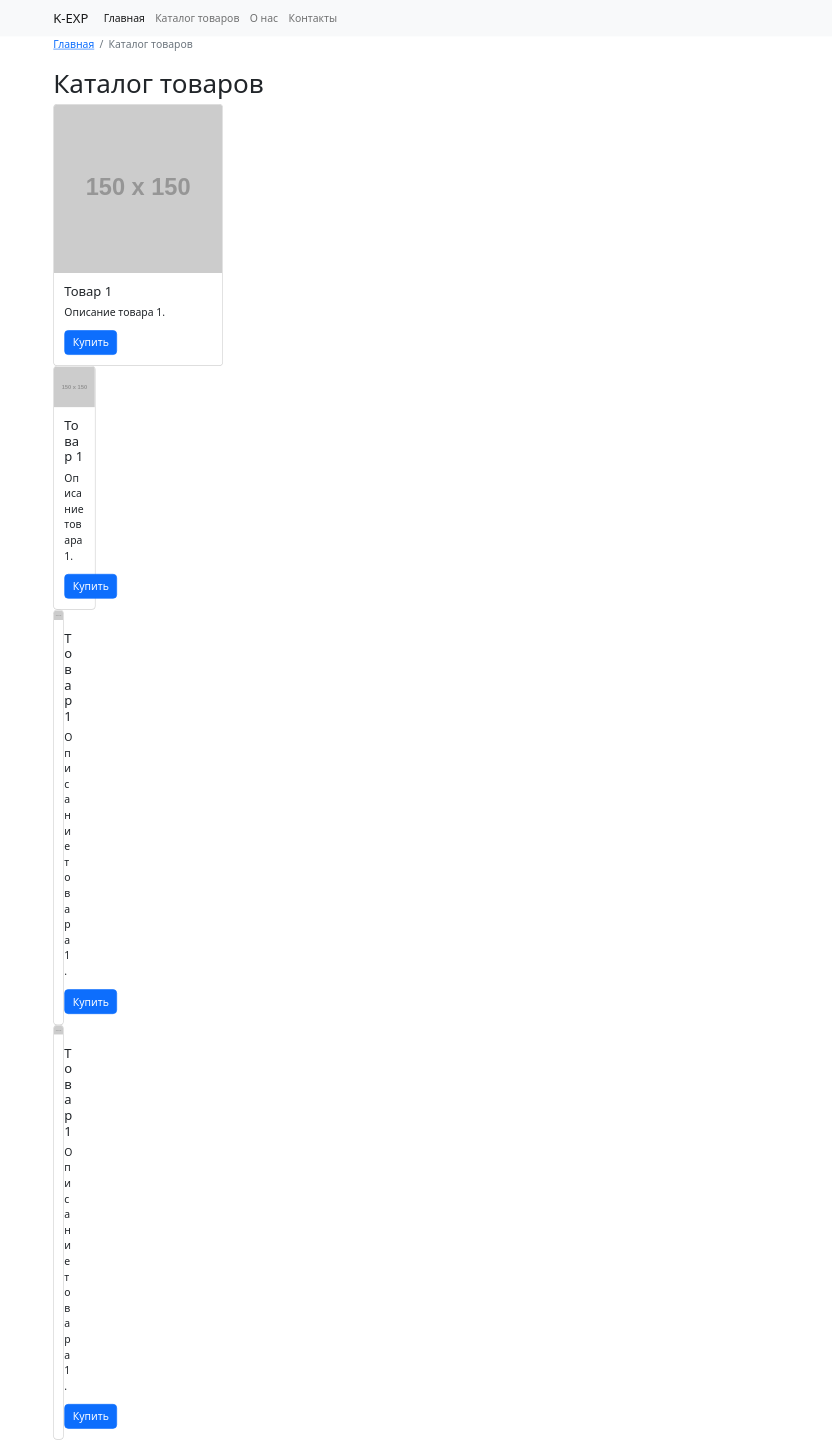
Repository: smartsoltech/kexp-shop
Page: main/catalog/templates/catalog/base.html
The author's editor kept a copy of each file at every save. The page is drawn from the files as they stood at one save, then again after the next save.
The browser window is 1280 px wide. The pictures show the whole page, at 65% of full size.
The template is drawn by Django 4.2. The application's start-up code is not run. Other server files are loaded and not shown. The template is opened directly, without the code that normally fills it, so the values that code supplies are empty.

Above is the page before, as saved 2023-03-14 13:45:27.

### main/catalog/templates/catalog/base.html
<!DOCTYPE html>
<html lang="ru">
<head>
  <meta charset="UTF-8">
  <meta name="viewport" content="width=device-width, initial-scale=1.0">
  <title>{% block title %}{% endblock %}</title>
  <!-- Подключение Bootstrap CSS -->
  <link rel="stylesheet" href="https://cdn.jsdelivr.net/npm/bootstrap@5.2.3/dist/css/bootstrap.min.css" integrity="sha384-rbsA2VBKQhggwzxH7pPCaAqO46MgnOM80zW1RWuH61DGLwZJEdK2Kadq2F9CUG65" crossorigin="anonymous"></head>
<body>

  <!-- Навигационная панель -->
  <nav class="navbar navbar-expand-lg navbar-light bg-light">
    <div class="container">
      <a class="navbar-brand" href="{% url 'home' %}">K-EXP</a>
      <button class="navbar-toggler" type="button" data-bs-toggle="collapse" data-bs-target="#navbarNav" aria-controls="navbarNav" aria-expanded="false" aria-label="Toggle navigation">
        <span class="navbar-toggler-icon"></span>
      </button>
      <div class="collapse navbar-collapse" id="navbarNav">
        <ul class="navbar-nav">
          <li class="nav-item">
            <a class="nav-link active" aria-current="page" href="{% url 'home' %}">Главная</a>
          </li>
          <li class="nav-item">
            <a class="nav-link" href="#">Каталог товаров</a>
          </li>
          <li class="nav-item">
            <a class="nav-link" href="{% url 'about' %}">О нас</a>
          </li>
          <li class="nav-item">
            <a class="nav-link" href="#">Контакты</a>
          </li>
        </ul>
      </div>
    </div>
  </nav>

  <!-- Хлебные крошки -->
  <nav aria-label="breadcrumb">
    <div class="container">
      <ol class="breadcrumb">
        <li class="breadcrumb-item"><a href="#">Главная</a></li>
        <li class="breadcrumb-item active" aria-current="page">Каталог товаров</li>
      </ol>
    </div>
  </nav>

  <!-- Основное содержимое -->
  <div class="container my-4">
    <h1>Каталог товаров</h1>
    <div class="row">
      <div class="col-md-3">
        <div class="card">
          <img src="https://via.placeholder.com/150" class="card-img-top" alt="...">
          <div class="card-body">
            <h5 class="card-title">Товар 1</h5>
            <p class="card-text">Описание товара 1.</p>
            <a href="#" class="btn btn-primary">Купить</a>
          </div>
        </div>
        <div class="col-md-3">
          <div class="card">
            <img src="https://via.placeholder.com/150" class="card-img-top" alt="...">
            <div class="card-body">
              <h5 class="card-title">Товар 1</h5>
              <p class="card-text">Описание товара 1.</p>
              <a href="#" class="btn btn-primary">Купить</a>
            </div>
          </div>
          <div class="col-md-3">
            <div class="card">
              <img src="https://via.placeholder.com/150" class="card-img-top" alt="...">
              <div class="card-body">
                <h5 class="card-title">Товар 1</h5>
                <p class="card-text">Описание товара 1.</p>
                <a href="#" class="btn btn-primary">Купить</a>
              </div>
            </div>
      </div>
    <div class="col">
      <div class="col-md-3">
        <div class="card">
          <img src="https://via.placeholder.com/150" class="card-img-top" alt="...">
          <div class="card-body">
            <h5 class="card-title">Товар 1</h5>
            <p class="card-text">Описание товара 1.</p>
            <a href="#" class="btn btn-primary">Купить</a>
          </div>
        </div>
      </div>

After the next save:
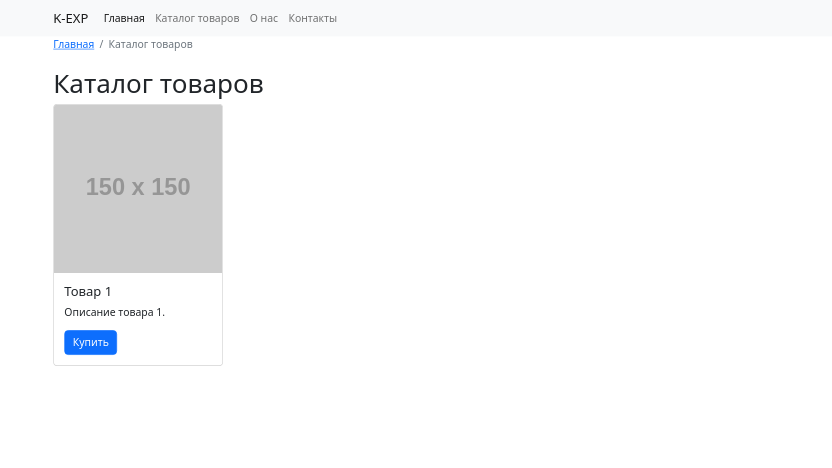
Saved 42 s later.
--- a/main/catalog/templates/catalog/base.html
+++ b/main/catalog/templates/catalog/base.html
@@ -57,33 +57,5 @@
             <a href="#" class="btn btn-primary">Купить</a>
           </div>
         </div>
-        <div class="col-md-3">
-          <div class="card">
-            <img src="https://via.placeholder.com/150" class="card-img-top" alt="...">
-            <div class="card-body">
-              <h5 class="card-title">Товар 1</h5>
-              <p class="card-text">Описание товара 1.</p>
-              <a href="#" class="btn btn-primary">Купить</a>
-            </div>
-          </div>
-          <div class="col-md-3">
-            <div class="card">
-              <img src="https://via.placeholder.com/150" class="card-img-top" alt="...">
-              <div class="card-body">
-                <h5 class="card-title">Товар 1</h5>
-                <p class="card-text">Описание товара 1.</p>
-                <a href="#" class="btn btn-primary">Купить</a>
-              </div>
-            </div>
+
       </div>
-    <div class="col">
-      <div class="col-md-3">
-        <div class="card">
-          <img src="https://via.placeholder.com/150" class="card-img-top" alt="...">
-          <div class="card-body">
-            <h5 class="card-title">Товар 1</h5>
-            <p class="card-text">Описание товара 1.</p>
-            <a href="#" class="btn btn-primary">Купить</a>
-          </div>
-        </div>
-      </div>
